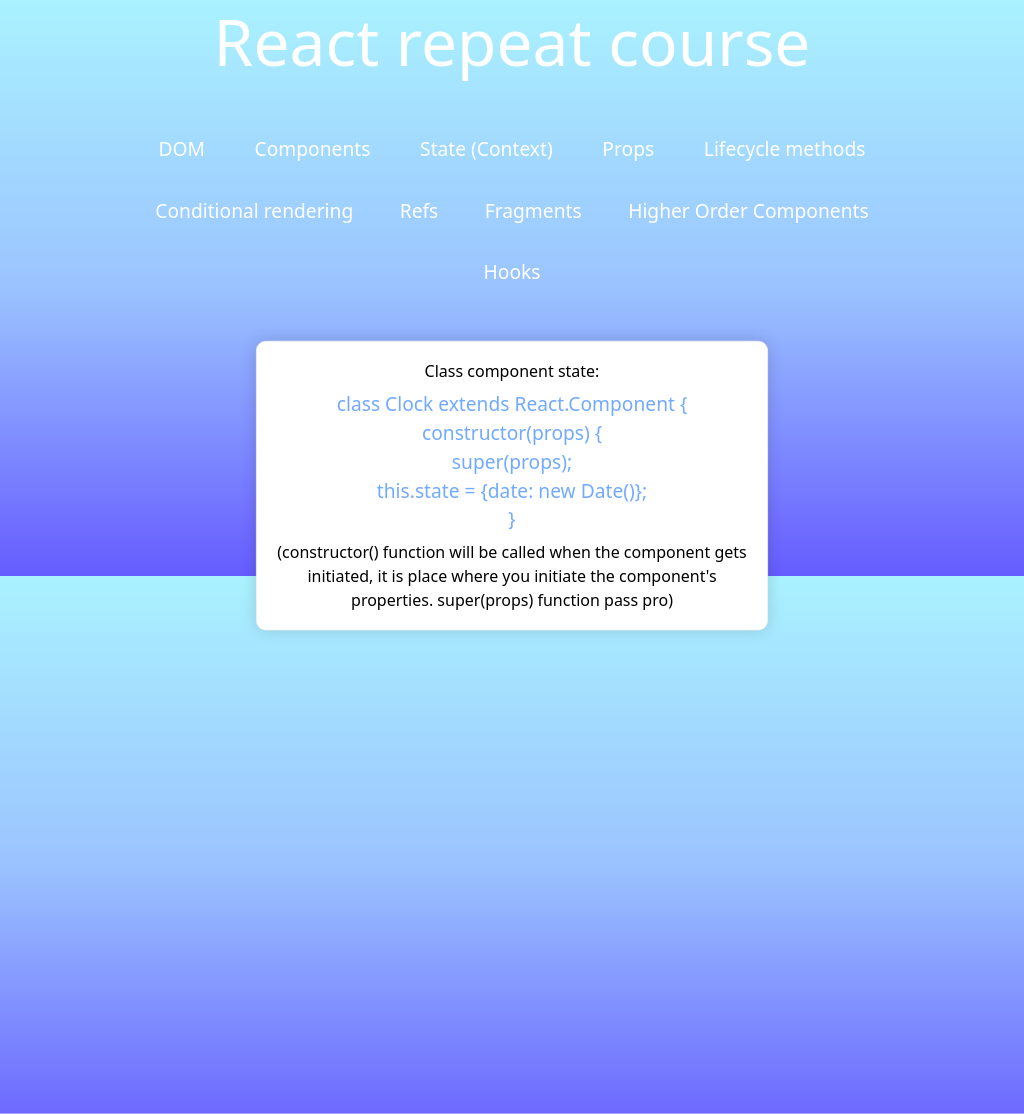
Repository: michalgornicki/github
Page: /#/State
The author's editor kept a copy of each file at every save. The page is drawn from the files as they stood at one save, then again after a run of saves.
The browser window is 1280 px wide. The pictures show the whole page, at 80% of full size.
Backgrounds fixed to the window are drawn as part of the page. The project was rebuilt for these pictures with package versions that can differ from the ones it lists, and the page was loaded fresh each time. Also part of the build but not shown: src/components/dom.jsx, src/components/components.jsx, src/components/props.jsx, src/components/lifecycle.jsx, src/components/conditional.jsx, src/components/refs.jsx, src/components/fragments.jsx, src/components/hoc.jsx and 1 more.

Above is the page before, as saved 2022-02-07 12:46:43.

After the next 5 saves:
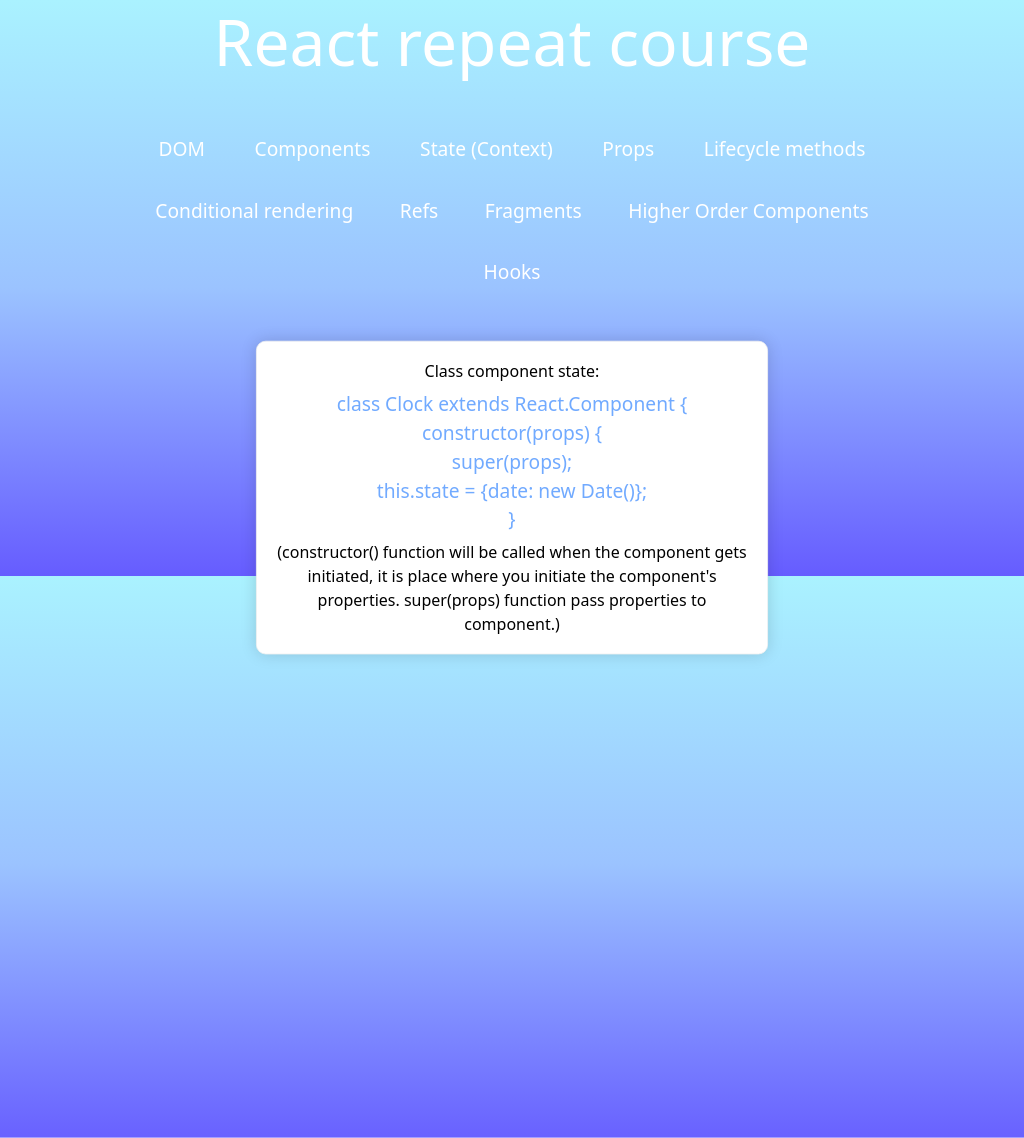
The 5 saves are shown as one change because they came seconds apart.
The last was saved 12 s later.
--- a/src/components/state.jsx
+++ b/src/components/state.jsx
@@ -11,7 +11,7 @@
           {`this.state = {date: new Date()};`}{" "} <br />
           {`}`}{" "}
         </div>{" "}
-        (constructor() function will be called when the component gets initiated, it is place where you initiate the component's properties. super(props) function pass pro)
+        (constructor() function will be called when the component gets initiated, it is place where you initiate the component's properties. super(props) function pass properties to component.)
       </div>
     </div>
   );
